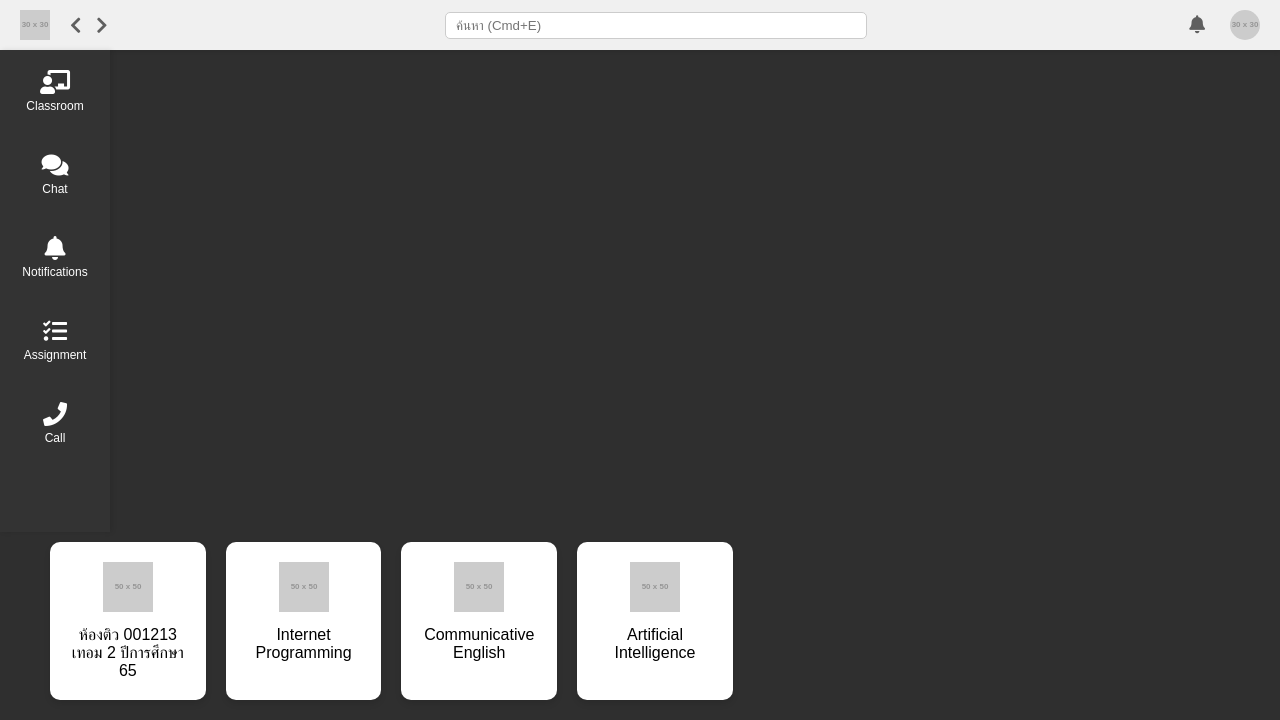
Repository: praifas16/ProPro
Page: docs/studenthead.html
The author's editor kept a copy of each file at every save. The page is drawn from the files as they stood at one save, then again after the next save.
The browser window is 1280 px wide. The pictures show the whole page.

Above is the page before, as saved 2024-08-21 20:44:37.

### docs/studenthead.html
<!DOCTYPE html>
<html lang="th">
  <head>
    <link rel="stylesheet" href="https://cdnjs.cloudflare.com/ajax/libs/font-awesome/5.15.4/css/all.min.css">
    <meta charset="UTF-8" />
    <meta name="viewport" content="width=device-width, initial-scale=1.0" />
    <title>My Dashboard</title>
    <style>
      body {
        font-family: Arial, sans-serif;
        margin: 0;
        padding: 0;
        background-color: #2f2f2f;
        display: flex;
        flex-direction: column;
        height: 100vh;
      }

      /* แถบเมนูด้านบน */
      .topbar {
        background-color: #f0f0f0;
        padding: 10px 20px;
        display: flex;
        align-items: center;
        justify-content: space-between;
        box-shadow: 0px 2px 4px rgba(0, 0, 0, 0.1);
      }

      .topbar .left-section {
        display: flex;
        align-items: center;
      }

      .topbar .left-section .logo {
        display: flex;
        align-items: center;
        margin-right: 20px;
      }

      .topbar .left-section .logo img {
        width: 30px;
        height: 30px;
      }

      .topbar .left-section .navigation {
        display: flex;
        align-items: center;
      }

      .topbar .left-section .navigation i {
        font-size: 18px;
        color: #5f5f5f;
        margin-right: 15px;
        cursor: pointer;
      }

      .topbar .search-bar {
        flex-grow: 1;
        display: flex;
        justify-content: center;
      }

      .topbar .search-bar input {
        width: 400px;
        padding: 5px 10px;
        border-radius: 5px;
        border: 1px solid #ccc;
        background-color: #fff;
        color: #333;
      }

      .topbar .user-section {
        display: flex;
        align-items: center;
      }

      .topbar .user-section img {
        width: 30px;
        height: 30px;
        border-radius: 50%;
        margin-left: 10px;
      }

      .topbar .user-section .notification {
        margin-right: 15px;
        position: relative;
        font-size: 18px;
        color: #5f5f5f;
        cursor: pointer;
      }

      /* เมนูแถบข้าง */
      .sidebar {
        width: 70px;
        background-color: #333;
        color: white;
        height: calc(100vh - 60px); /* Adjusted to take into account the topbar height */
        padding: 20px 20px;
        box-shadow: 2px 0 5px rgba(0, 0, 0, 0.1);
        display: flex;
        flex-direction: column;
        align-items: center;
      }

      .menu-items {
        margin-top: -10px; /* ขยับเมนูขึ้นไปด้านบน */
      }

      .sidebar a {
        display: flex;
        flex-direction: column;
        align-items: center;
        color: white;
        padding: 10px;
        text-decoration: none;
        margin-bottom: 20px;
        font-size: 12px;
        text-align: center;
      }

      .sidebar a:hover {
        background-color: #5f5f5f;
        border-radius: 4px;
        width: 80%;
        text-align: center;
      }

      .sidebar i {
        font-size: 24px;
        margin-bottom: 5px;
      }

      /* โครงสร้างหน้าเว็บหลัก */
      .main-content {
        flex-grow: 1;
        padding: 10px 20px 20px 50px; /* ลด padding-top เพื่อขยับขึ้น */
      }

      .container {
        display: grid;
        grid-template-columns: repeat(auto-fill, minmax(150px, 1fr));
        gap: 20px;
        padding-top: 0px; /* ปรับ padding-top ของ container */
      }

      .card {
        background-color: #ffffff;
        border-radius: 10px;
        box-shadow: 0 4px 6px rgba(0, 0, 0, 0.1);
        text-align: center;
        padding: 20px;
        transition: transform 0.3s;
      }

      .card:hover {
        transform: scale(1.05);
      }

      .card img {
        width: 50px;
        height: 50px;
        margin-bottom: 10px;
      }

      .card p {
        margin: 0;
        font-size: 16px;
      }
    </style>
  </head>
  <body>
    <!-- แถบเมนูด้านบน -->
    <div class="topbar">
      <div class="left-section">
        <div class="logo">
          <img src="https://via.placeholder.com/30" alt="Logo" />
        </div>
        <div class="navigation">
          <i class="fas fa-chevron-left"></i>
          <i class="fas fa-chevron-right"></i>
        </div>
      </div>
      <div class="search-bar">
        <input type="text" placeholder="ค้นหา (Cmd+E)" />
      </div>
      <div class="user-section">
        <div class="notification">
          <i class="fa fa-bell"></i>
        </div>
        <img src="https://via.placeholder.com/30" alt="User Avatar" />
      </div>
    </div>

    <!-- เมนูแถบข้าง -->
    <div class="sidebar">
      <div class="menu-items">
        <a href="#"
          ><i class="fa fa-chalkboard-teacher"></i><span>Classroom</span></a
        >
        <a href="#"><i class="fa fa-comments"></i><span>Chat</span></a>
        <a href="#"><i class="fa fa-bell"></i><span>Notifications</span></a>
        <a href="#"><i class="fa fa-tasks"></i><span>Assignment</span></a>
        <a href="#"><i class="fa fa-phone"></i><span>Call</span></a>
      </div>
    </div>

    <!-- เนื้อหาหลัก -->
    <div class="main-content">
      <div class="container">
        <div class="card">
          <img src="https://via.placeholder.com/50" alt="icon" />
          <p>ห้องติว 001213 เทอม 2 ปีการศึกษา 65</p>
        </div>
        <div class="card">
          <img src="https://via.placeholder.com/50" alt="icon" />
          <p>Internet Programming</p>
        </div>
        <div class="card">
          <img src="https://via.placeholder.com/50" alt="icon" />
          <p>Communicative English</p>
        </div>
        <div class="card">
          <img src="https://via.placeholder.com/50" alt="icon" />
          <p>Artificial Intelligence</p>
        </div>
        <!-- เพิ่มเติม Card อื่น ๆ ตามต้องการ -->
      </div>
    </div>
  </body>
</html>

After the next save:
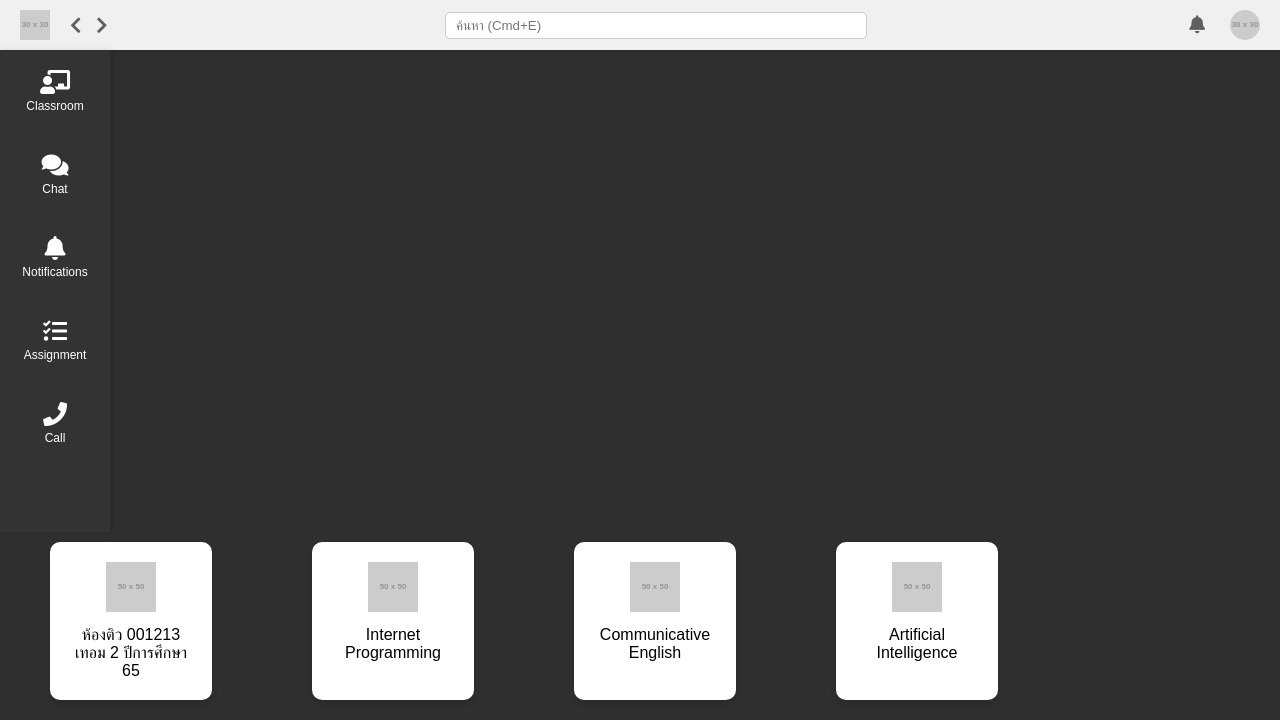
Saved 11 s later.
--- a/docs/studenthead.html
+++ b/docs/studenthead.html
@@ -139,7 +139,7 @@
       .container {
         display: grid;
         grid-template-columns: repeat(auto-fill, minmax(150px, 1fr));
-        gap: 20px;
+        gap: 100px;
         padding-top: 0px; /* ปรับ padding-top ของ container */
       }
 

After the save that followed:
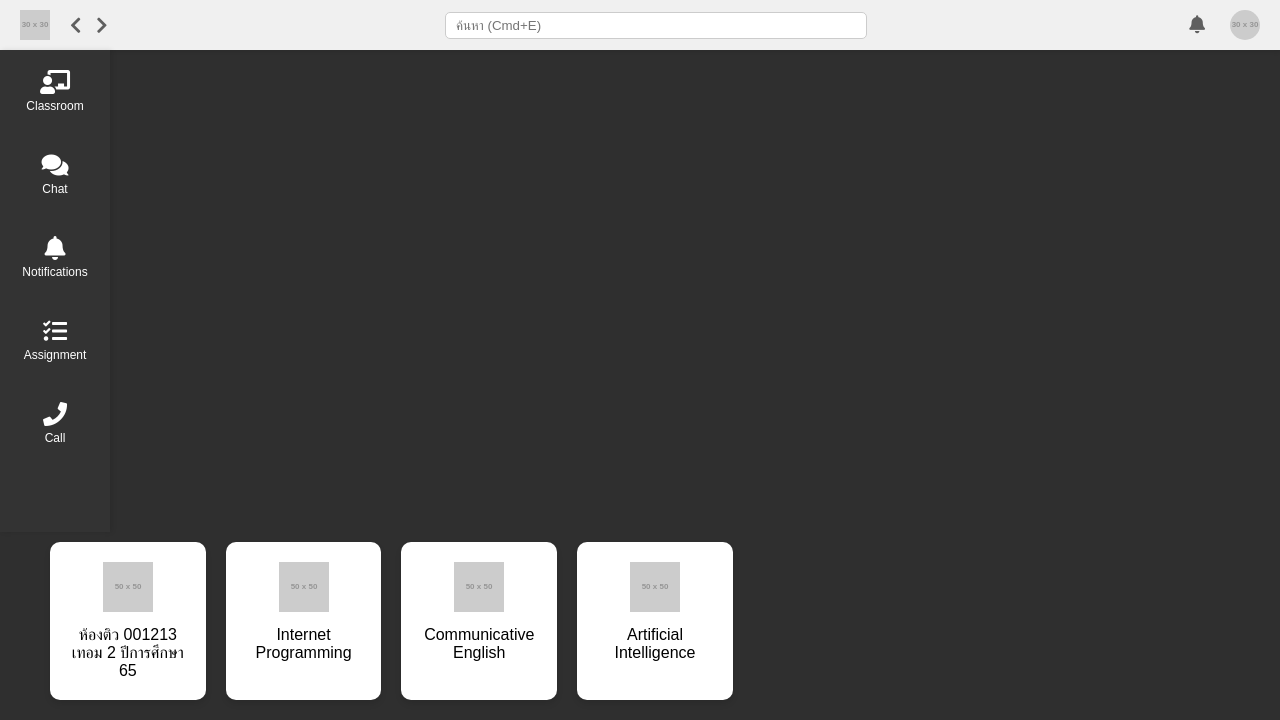
Saved 8 s later.
--- a/docs/studenthead.html
+++ b/docs/studenthead.html
@@ -139,7 +139,7 @@
       .container {
         display: grid;
         grid-template-columns: repeat(auto-fill, minmax(150px, 1fr));
-        gap: 100px;
+        gap: 20px;
         padding-top: 0px; /* ปรับ padding-top ของ container */
       }
 
